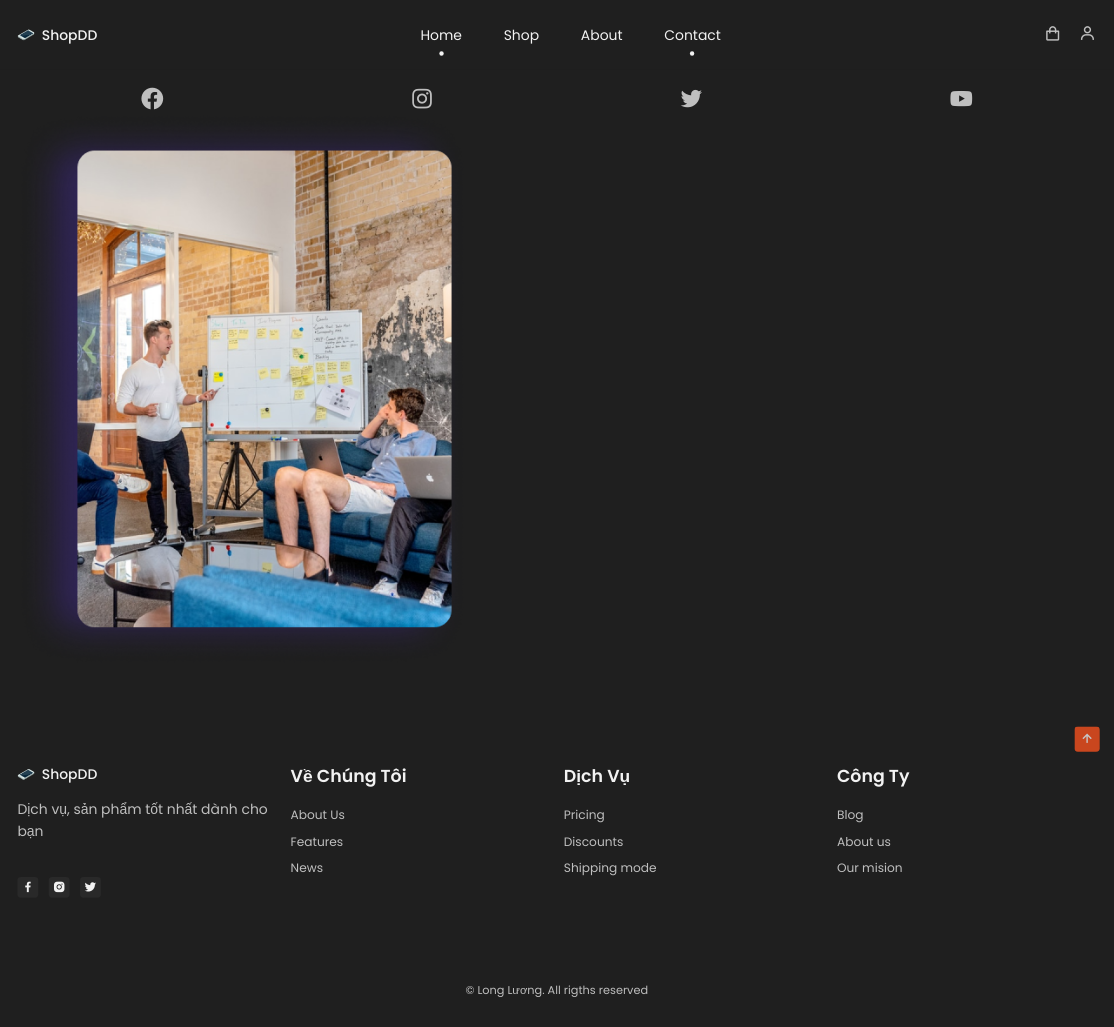
Repository: long5122000/Shopc
Page: contact.html
An editor plug-in stored every save of this project. The page is shown before and after the next save, followed by the edit.
The browser window is 1280 px wide. The pictures show the whole page, at 87% of full size.
The style sheet was rebuilt from its Sass, Less or Tailwind sources for each picture, by a compiler version that may differ from the author's.

Above is the page before, as saved 2021-12-01 09:48:17.

After the next save:
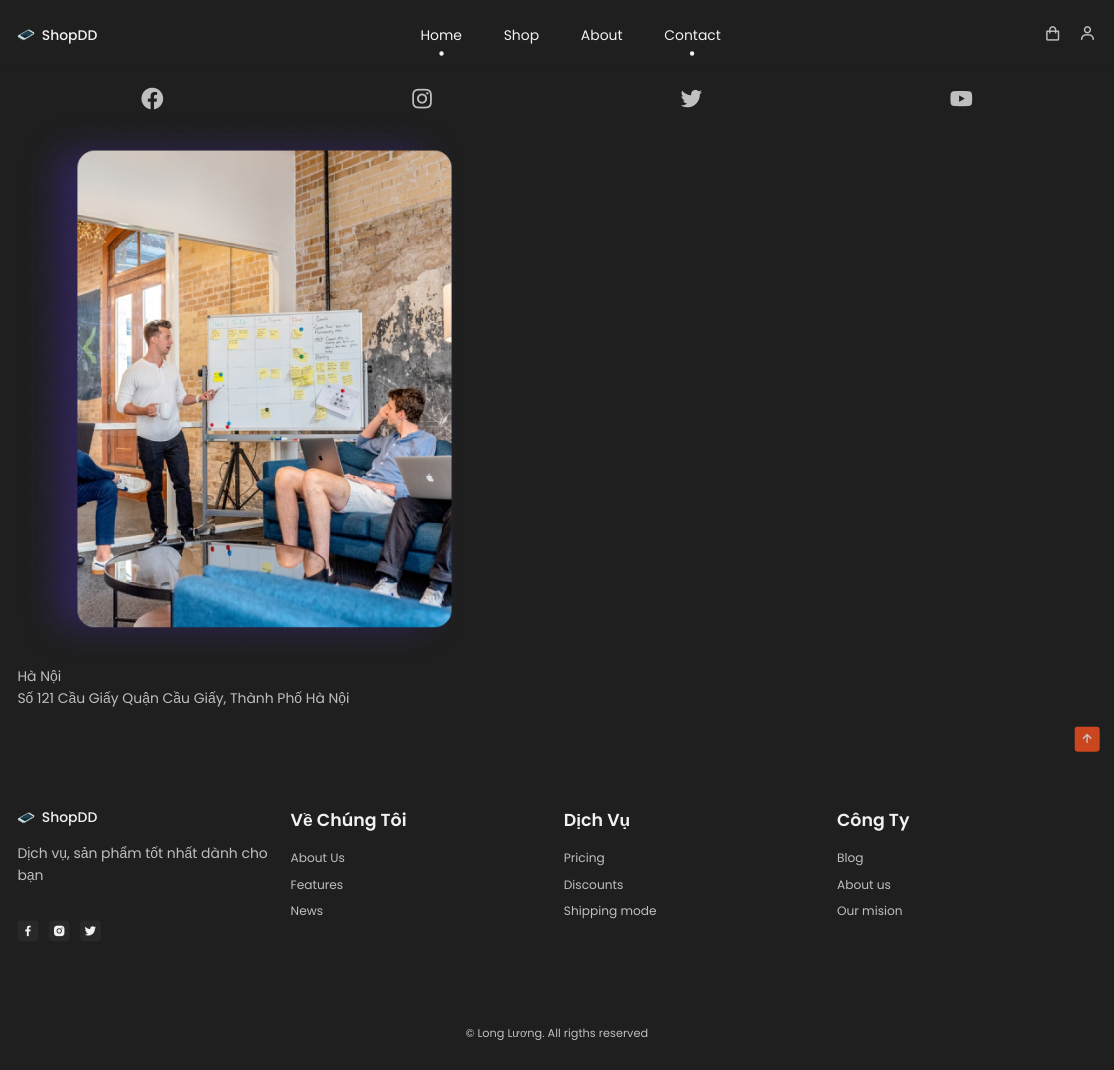
Saved 11 min 12 s later.
--- a/contact.html
+++ b/contact.html
@@ -257,6 +257,13 @@
         <div class="address__main">
           <div class="address__image">
             <img src="./images/about.png" alt="" />
+          </div>
+          <div class="address__content">
+            <div class="address__city">Hà Nội</div>
+            <div class="address__info">
+              <span>Số 121 Cầu Giấy</span>
+              Quận Cầu Giấy, Thành Phố Hà Nội
+            </div>
           </div>
         </div>
       </section>
